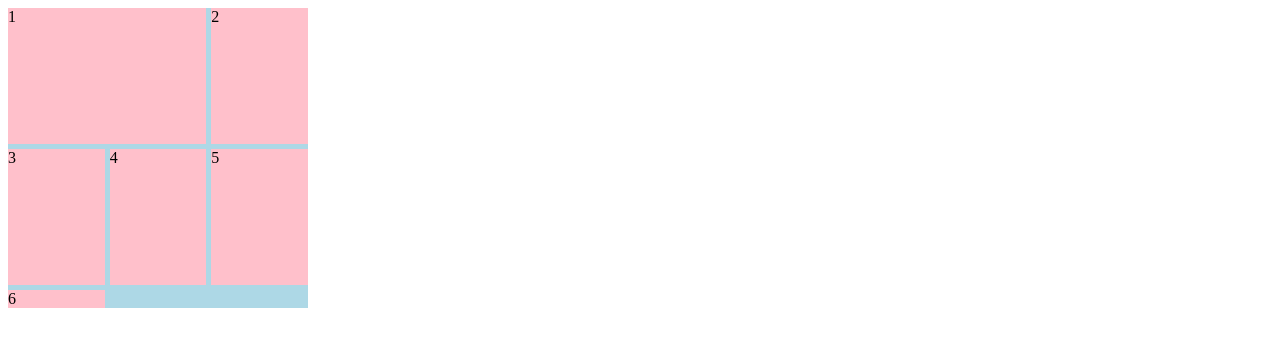
Repository: lucky-LoL735/jfsc
Page: grid.html
An editor plug-in stored every save of this project. The page is shown before and after the next save, followed by the edit.
The browser window is 1280 px wide. The pictures show the whole page.

Above is the page before, as saved 2022-11-17 10:46:38.

After the next save:
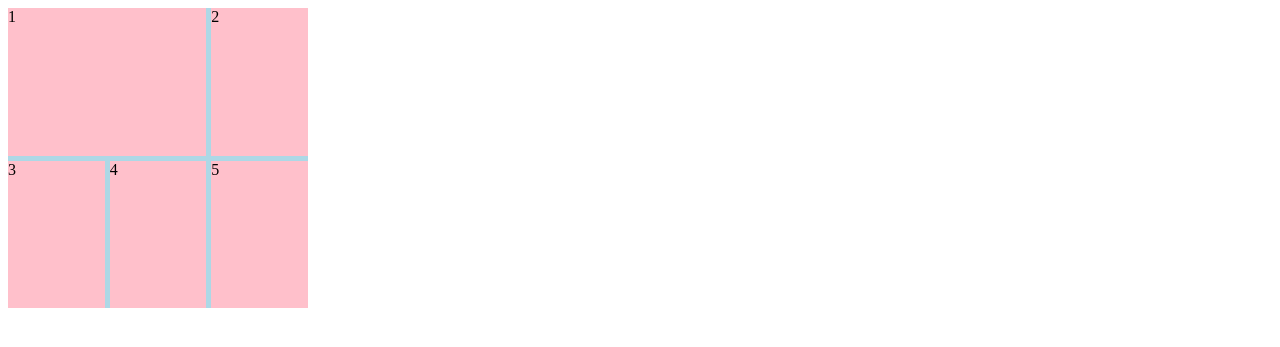
Saved 14 s later.
--- a/grid.html
+++ b/grid.html
@@ -31,7 +31,6 @@
         <div>3</div>
         <div>4</div>
         <div>5</div>
-        <div>6</div>
     </div>
 </body>
 </html>
